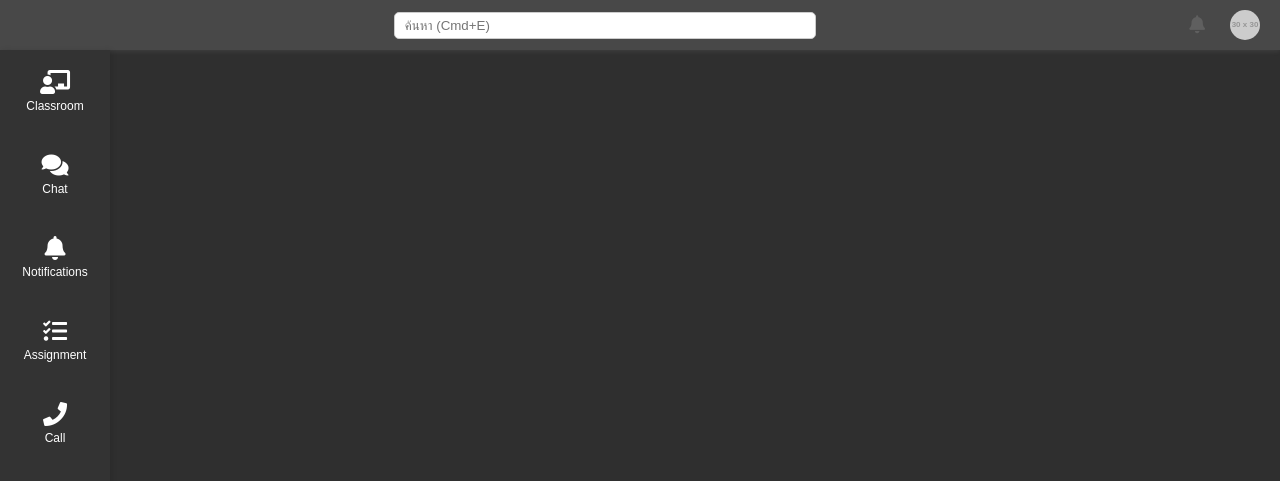
Repository: praifas16/ProPro
Page: docs/studenthead.html
These files come from the project's save history. The page is drawn as it stood at one moment and after the next save; the edit follows.
The browser window is 1280 px wide. The pictures show the whole page.

Above is the page before, as saved 2024-08-21 20:59:13.

### docs/studenthead.html
<!DOCTYPE html>
<html lang="th">
  <head>
    <link rel="stylesheet" href="https://cdnjs.cloudflare.com/ajax/libs/font-awesome/5.15.4/css/all.min.css">
    <meta charset="UTF-8" />
    <meta name="viewport" content="width=device-width, initial-scale=1.0" />
    <title>My Dashboard</title>
    <style>
      body {
        font-family: Arial, sans-serif;
        margin: 0;
        padding: 0;
        background-color: #2f2f2f;
        display: flex;
        flex-direction: column;
        height: 100vh;
      }

      /* แถบเมนูด้านบน */
      .topbar {
        background-color: #484848;
        padding: 10px 20px;
        display: flex;
        align-items: center;
        justify-content: space-between;
        box-shadow: 0px 2px 4px rgba(177, 177, 177, 0.1);
      }

      .topbar .search-bar {
        flex-grow: 1;
        display: flex;
        justify-content: center;
      }

      .topbar .search-bar input {
        width: 400px;
        padding: 5px 10px;
        border-radius: 5px;
        border: 1px solid #ccc;
        background-color: #fff;
        color: #333;
      }

      .topbar .user-section {
        display: flex;
        align-items: center;
      }

      .topbar .user-section img {
        width: 30px;
        height: 30px;
        border-radius: 50%;
        margin-left: 10px;
      }

      .topbar .user-section .notification {
        margin-right: 15px;
        position: relative;
        font-size: 18px;
        color: #5f5f5f;
        cursor: pointer;
      }

      /* เมนูแถบข้าง */
      .sidebar {
        width: 70px;
        background-color: #333;
        color: white;
        height: calc(100vh - 60px); /* Adjusted to take into account the topbar height */
        padding: 20px 20px;
        box-shadow: 2px 0 5px rgba(0, 0, 0, 0.1);
        display: flex;
        flex-direction: column;
        align-items: center;
      }

      .menu-items {
        margin-top: -10px; /* ขยับเมนูขึ้นไปด้านบน */
      }

      .sidebar a {
        display: flex;
        flex-direction: column;
        align-items: center;
        color: white;
        padding: 10px;
        text-decoration: none;
        margin-bottom: 20px;
        font-size: 12px;
        text-align: center;
      }

      .sidebar a:hover {
        background-color: #5f5f5f;
        border-radius: 4px;
        width: 80%;
        text-align: center;
      }

      .sidebar i {
        font-size: 24px;
        margin-bottom: 5px;
      }

      .card {
        background-color: #ffffff;
        border-radius: 10px;
        box-shadow: 0 4px 6px rgba(0, 0, 0, 0.1);
        text-align: center;
        padding: 20px;
        transition: transform 0.3s;
      }

      .card:hover {
        transform: scale(1.05);
      }

      .card img {
        width: 50px;
        height: 50px;
        margin-bottom: 10px;
      }

      .card p {
        margin: 0;
        font-size: 16px;
      }
    </style>
  </head>
  <body>
    <!-- แถบเมนูด้านบน -->
    <div class="topbar">
      <div class="search-bar">
        <input type="text" placeholder="ค้นหา (Cmd+E)" />
      </div>
      <div class="user-section">
        <div class="notification">
          <i class="fa fa-bell"></i>
        </div>
        <img src="https://via.placeholder.com/30" alt="User Avatar" />
      </div>
    </div>

    <!-- เมนูแถบข้าง -->
    <div class="sidebar">
      <div class="menu-items">
        <a href="#"
          ><i class="fa fa-chalkboard-teacher"></i><span>Classroom</span></a
        >
        <a href="#"><i class="fa fa-comments"></i><span>Chat</span></a>
        <a href="#"><i class="fa fa-bell"></i><span>Notifications</span></a>
        <a href="#"><i class="fa fa-tasks"></i><span>Assignment</span></a>
        <a href="#"><i class="fa fa-phone"></i><span>Call</span></a>
      </div>
    </div>
  </body>
</html>

After the next save:
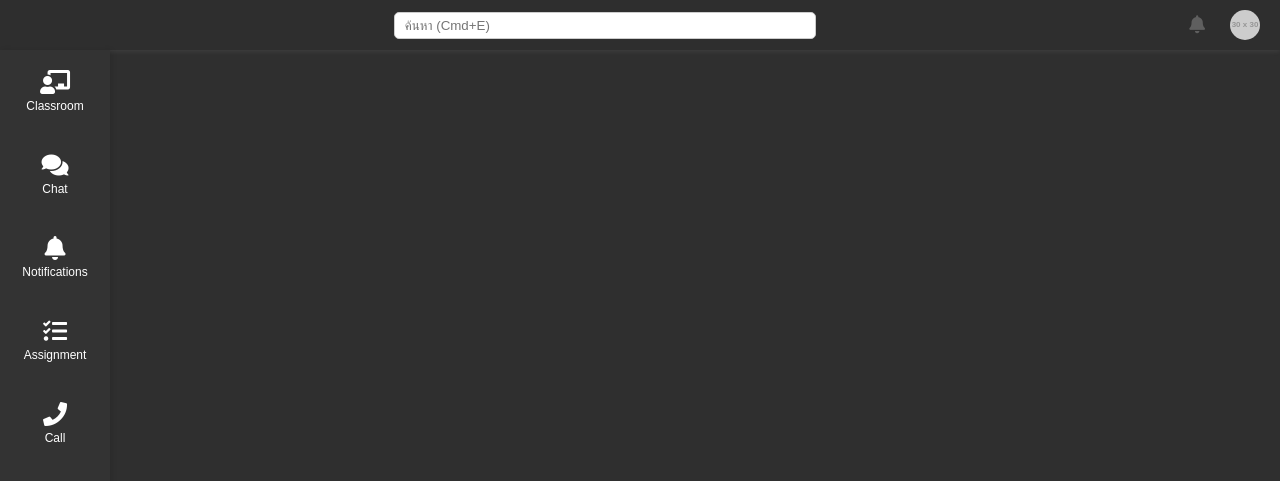
Saved 11 s later.
--- a/docs/studenthead.html
+++ b/docs/studenthead.html
@@ -18,7 +18,7 @@
 
       /* แถบเมนูด้านบน */
       .topbar {
-        background-color: #484848;
+        background-color: #2e2e2e;
         padding: 10px 20px;
         display: flex;
         align-items: center;
